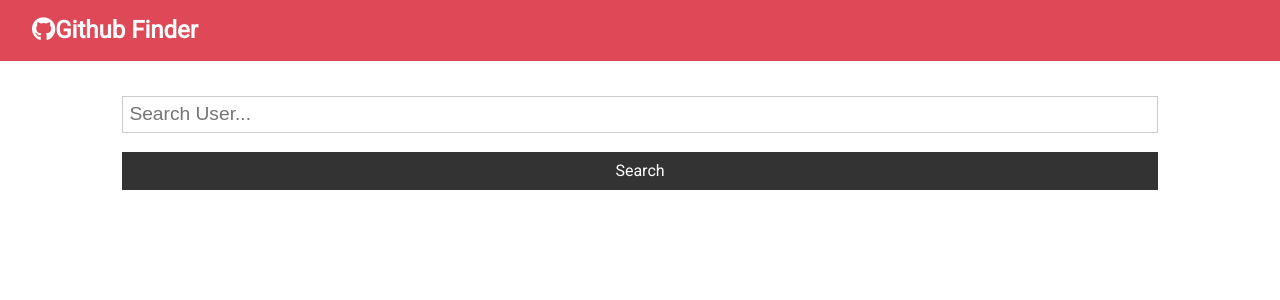
Repository: messimacky/github-finder
Page: /
The author's editor kept a copy of each file at every save. The page is drawn from the files as they stood at one save, then again after a run of saves.
The browser window is 1280 px wide. The pictures show the whole page.
Some web libraries are served in a nearby version. The project was rebuilt for these pictures with package versions that can differ from the ones it lists, and the page was loaded fresh each time. Also part of the build but not shown: src/users/UserItem.js, src/components/layout/Spinner.js, src/components/layout/Alert.js, src/components/pages/About.js.

Above is the page before, as saved 2022-02-26 11:52:41.

After the next 2 saves:
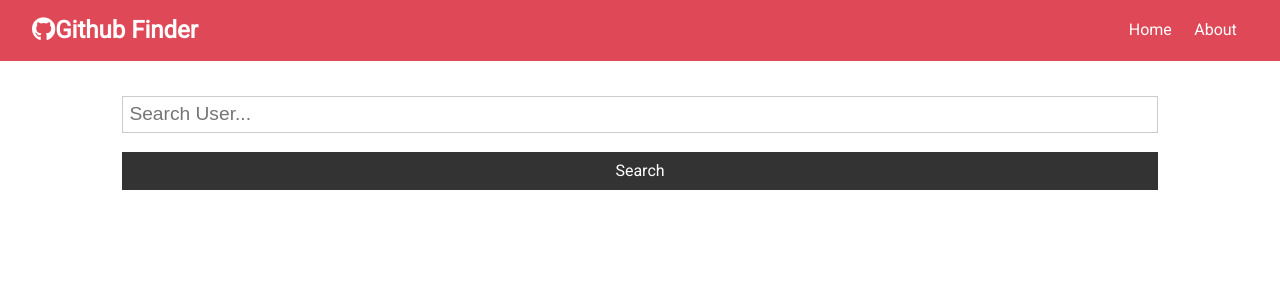
The 2 saves are shown as one change because 1 did not build or start.
The last was saved 8 min 14 s later.
--- a/src/components/layout/Navbar.js
+++ b/src/components/layout/Navbar.js
@@ -1,26 +1,36 @@
 import React from 'react'
 import PropTypes from 'prop-types';
+import { Link } from 'react-router-dom';
 
-
-const Navbar= ({icon, title}) =>{
-    return (
-      <nav className='navbar bg-primary'>
+const Navbar = ({ icon, title }) => {
+  return (
+    <nav className='navbar bg-primary'>
       <h1>
-      <i className={icon} />
-      {title}
+        <i className={icon} />
+        {title}
 
       </h1>
-       </nav>
-    );
-  }
 
-Navbar.defaultProps={
-    title: "Github Finder",
-    icon:"fab fa-github"
-  }
+      <ul>
+        <li>
+          <Link to='/'>Home</Link>
+        </li>
+        <li>
+          <Link to='/about'>About</Link>
+        </li>
+
+      </ul>
+    </nav>
+  );
+}
+
+Navbar.defaultProps = {
+  title: "Github Finder",
+  icon: "fab fa-github"
+}
 
 Navbar.propTypes = {
-    title:PropTypes.string.isRequired,
-    icon:PropTypes.string.isRequired
+  title: PropTypes.string.isRequired,
+  icon: PropTypes.string.isRequired
 };
 export default Navbar
